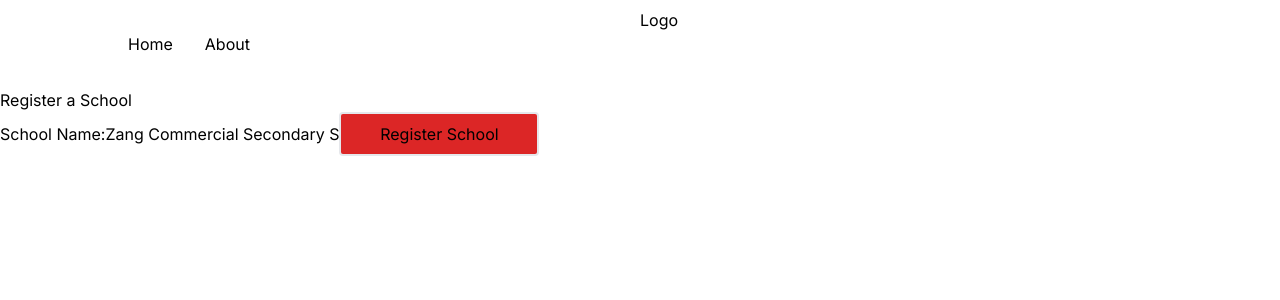
Repository: marcusdashe/fullstack-ts
Page: /school
The author's editor kept a copy of each file at every save. The page is drawn from the files as they stood at one save, then again after the next save.
The browser window is 1280 px wide. The pictures show the whole page.
The page's requests for data from a server got no answer. The project was rebuilt for these pictures with package versions that can differ from the ones it lists, and the page was loaded fresh each time. The framework's server and built-in components were replaced by stand-ins that run in the browser. No one was signed in, and anything a server would have sent is missing. Also part of the build but not shown: next.config.js.

Above is the page before, as saved 2023-07-28 09:36:40.

### app/layout.tsx
import "./globals.css";
import type { Metadata } from "next";
import { Inter } from "next/font/google";
import Navbar from "./components/NavBar";

const inter = Inter({
  weight: ["400", "600"],
  subsets: ["latin"],
});

export const metadata: Metadata = {
  title: "SMP",
  description: "School Management System for Secondary School",
  keywords: ["smp", "lms", "marcus"],
};

export default function RootLayout({
  children,
}: {
  children: React.ReactNode;
}) {
  return (
    <html lang="en">
      <body className={inter.className}>
        <Navbar />
        {children}
      </body>
    </html>
  );
}

### app/school/page.tsx
"use client";

import { useState } from "react";
import SchoolService, { School } from "../services/api/school.service";

const RegisterSchoolPage: React.FC = () => {
  const initialFormData: School = {
    schoolName: "Zang Commercial Secondary School",
    schoolAddress: "Bukuru Road Opposite Tetengi Estate",
    schoolPhoneNumber: "08034477604",
    schoolWebsite: "www.zangcommercial.com",
    schoolEmail: "contact@zangcommercial.com",
    schoolLogo: "",
  };

  const [formData, setFormData] = useState<School>(initialFormData);

  const handleChange = (e: React.ChangeEvent<HTMLInputElement>) => {
    const { name, value } = e.target;
    setFormData((prevFormData) => ({
      ...prevFormData,
      [name]: value,
    }));
  };

  const handleSubmit = async (e: React.FormEvent) => {
    e.preventDefault();
    try {
      await SchoolService.registerSchool(formData);

      console.log("School registered successfully");
      setFormData(initialFormData);
    } catch (error) {
      console.error("Error registering school:", error);
    }
  };

  return (
    <div>
      <h1>Register a School</h1>

      <form onSubmit={handleSubmit}>
        <label>
          School Name:
          <input
            type="text"
            name="school"
            value={formData.schoolName}
            onChange={handleChange}
          />
        </label>
        <button
          type="submit"
          className="border-2 bg-red-600 rounded p-2 w-[200px]  "
        >
          Register School
        </button>
      </form>
    </div>
  );
};

export default RegisterSchoolPage;

### app/components/NavBar.tsx
"use client";

import React from "react";
import { useRouter } from "next/router";
import Link from "next/link";
// import Logo from "./Logo";
// import { TwitterIcon, GithubIcon, LinkedInIcon } from "./Icons";
// import { motion } from "framer-motion";

type CustomLinkProps = {
  href: string;
  title: string;
  className: string | object;
};

const CustomLink = ({ href, title, className = "" }: CustomLinkProps) => {
  //   const router = useRouter();

  return (
    <Link href={href} className={`${className} relative group`}>
      {title}
      <span
        className={`h-[1px] inline-block bg-dark absolute left-0 -bottom-0.5 group-hover:w-full transition-[width] ease duration-300 ${
          "w-0" //   router.asPath === href ? "w-full" : "w-0"
        }`}
      >
        &nbsp;
      </span>
    </Link>
  );
};

const Navbar: React.FC = () => {
  return (
    <header
      className="w-full px-32 py-8 font-medium
            flex items-center justify-between sticky top-0 z-10 bg-white"
    >
      <nav>
        <CustomLink href="/" title="Home" className="mr-4" />
        <CustomLink href="/about" title="About" className="mx-4" />
      </nav>

      <nav className="flex items-center justify-center flex-wrap">
        <a
          href="https://www.twitter.com/marcusdashe"
          target={"_blank"}
          className="w-6 mx-3"
        >
          {/* <TwitterIcon className="" /> */}
        </a>
        <a
          href="https://www.linkedin.com/in/marcus-dashe-15a088202"
          target={"_blank"}
          className="w-6 mx-3"
        ></a>
        <a
          href="https://www.github.com/marcusdashe"
          target={"_blank"}
          className="w-6 ml-3"
        >
          {/* <GithubIcon /> */}
        </a>
      </nav>
      <div className="absolute left-[50%] top-2 translate-x-[-50]">
        {/* <Logo /> */} Logo
      </div>
    </header>
  );
};

export default Navbar;

### app/services/api/school.service.ts
import axios, { AxiosResponse } from "axios";
import config from "../config";

export interface School {
  schoolName: string;
  schoolAddress: string;
  schoolPhoneNumber: string;
  schoolWebsite: string;
  schoolEmail: string;
  schoolLogo: string;
}

const API_URL: string = config.API_BASE_URL;

class SchoolService {
  static client = axios.create({
    baseURL: API_URL,
  });

  async registerSchool(school: School): Promise<AxiosResponse<School>> {
    const response = await SchoolService.client.post<School>(
      "/schools/create",
      school
    );
    return response;
  }

  async fetchAllSchools(): Promise<AxiosResponse<School[]>> {
    const response = await SchoolService.client.get<School[]>("/schools/all");
    return response;
  }

  async fetchSchoolById(id: number): Promise<AxiosResponse<School>> {
    const response = await SchoolService.client.get<School>(`/school/${id}`);
    return response;
  }

  async updateSchool6(
    school: School,
    id: number
  ): Promise<AxiosResponse<School>> {
    const response = await SchoolService.client.put<School>(
      `/schools/${id}`,
      school
    );
    return response;
  }

  async delSchoolById(id: number): Promise<AxiosResponse<void>> {
    const response = await SchoolService.client.delete<void>(`/schools/${id}`);
    return response;
  }

  async fetchSchoolByName(schoolName: string): Promise<AxiosResponse<School>> {
    const response = await SchoolService.client.get<School>(
      `/schools/byName/${schoolName}`
    );
    return response;
  }

  async fetchSchoolByPhoneNumber(
    phoneNumber: string
  ): Promise<AxiosResponse<School>> {
    const response = await SchoolService.client.get<School>(
      `/schools/byPhoneNumber/${phoneNumber}`
    );
    return response;
  }

  async fetchSchoolByWebsite(
    schoolWebsite: string
  ): Promise<AxiosResponse<School>> {
    const response = await SchoolService.client.get<School>(
      `/schools/byWebsite/${schoolWebsite}`
    );
    return response;
  }

  async fetchSchoolByEmail(email: string): Promise<AxiosResponse<School>> {
    const response = await SchoolService.client.get<School>(
      `/schools/byEmail/${email}`
    );
    return response;
  }
}

export default new SchoolService();

### app/services/config.ts
export default {
  API_BASE_URL:
    `${process.env.NEXT_PUBLIC_BACKEND_BASE_URL}/api-v1` ||
    "http://localhost:8000/api-v1",
};

Loaded but not shown: app/globals.css (common file); tailwind.config.js (common file)

After the next save:
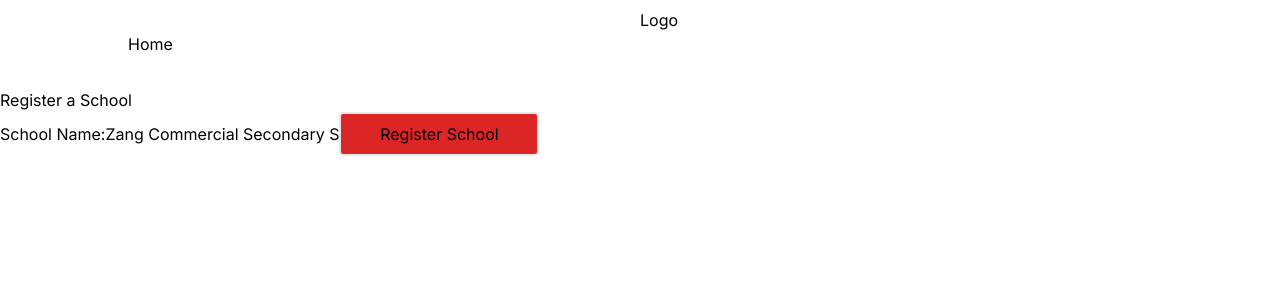
Saved 82 s later.
--- a/app/components/NavBar.tsx
+++ b/app/components/NavBar.tsx
@@ -38,7 +38,7 @@ const Navbar: React.FC = () => {
     >
       <nav>
         <CustomLink href="/" title="Home" className="mr-4" />
-        <CustomLink href="/about" title="About" className="mx-4" />
+        {/* <CustomLink href="/about" title="About" className="mx-4" /> */}
       </nav>
 
       <nav className="flex items-center justify-center flex-wrap">
